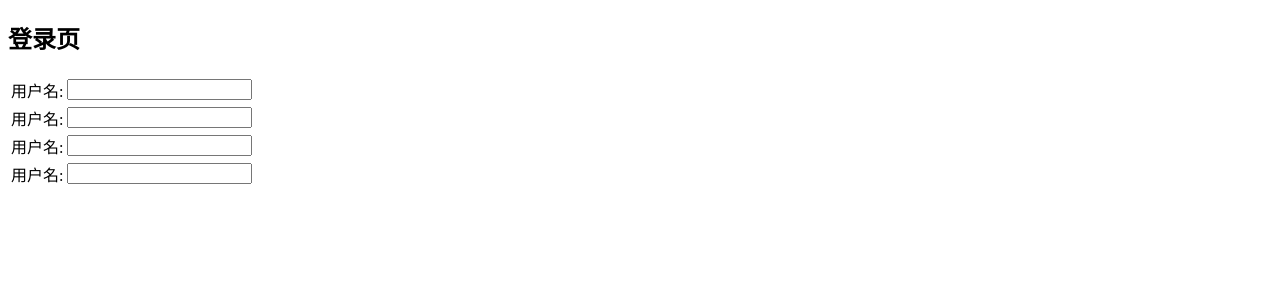
Repository: iamsongpeng/java-web-demo
Page: http://localhost/java-web-demo-filter/demo02/login.jsp
An editor plug-in stored every save of this project. The page is shown before and after the next save, followed by the edit.
The browser window is 1280 px wide. The pictures show the whole page.
The page is served by Tomcat 9.

Above is the page before, as saved 2017-06-08 03:22:14.

After the next save:
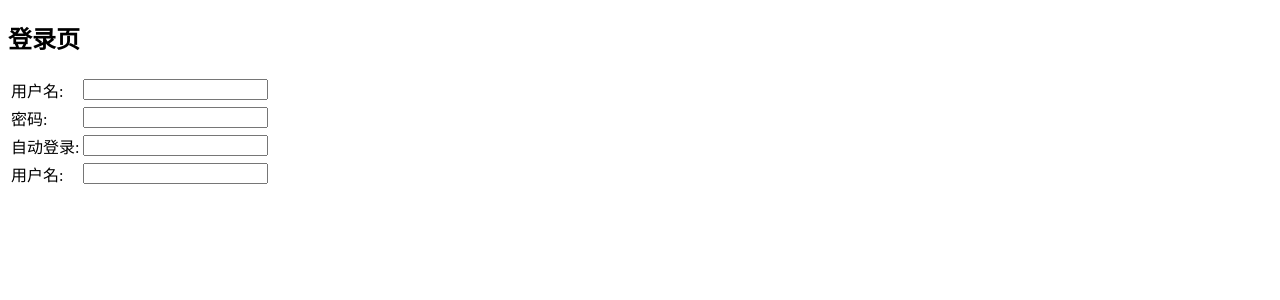
Saved 18 s later.
--- a/java-web-demo-filter/WebContent/demo02/login.jsp
+++ b/java-web-demo-filter/WebContent/demo02/login.jsp
@@ -14,11 +14,11 @@
 			<td><input type="text" name="username"></td>
 		</tr>
 		<tr>
-			<td>用户名: </td>
+			<td>密码: </td>
 			<td><input type="text" name="username"></td>
 		</tr>
 		<tr>
-			<td>用户名: </td>
+			<td>自动登录: </td>
 			<td><input type="text" name="username"></td>
 		</tr>
 		<tr>
